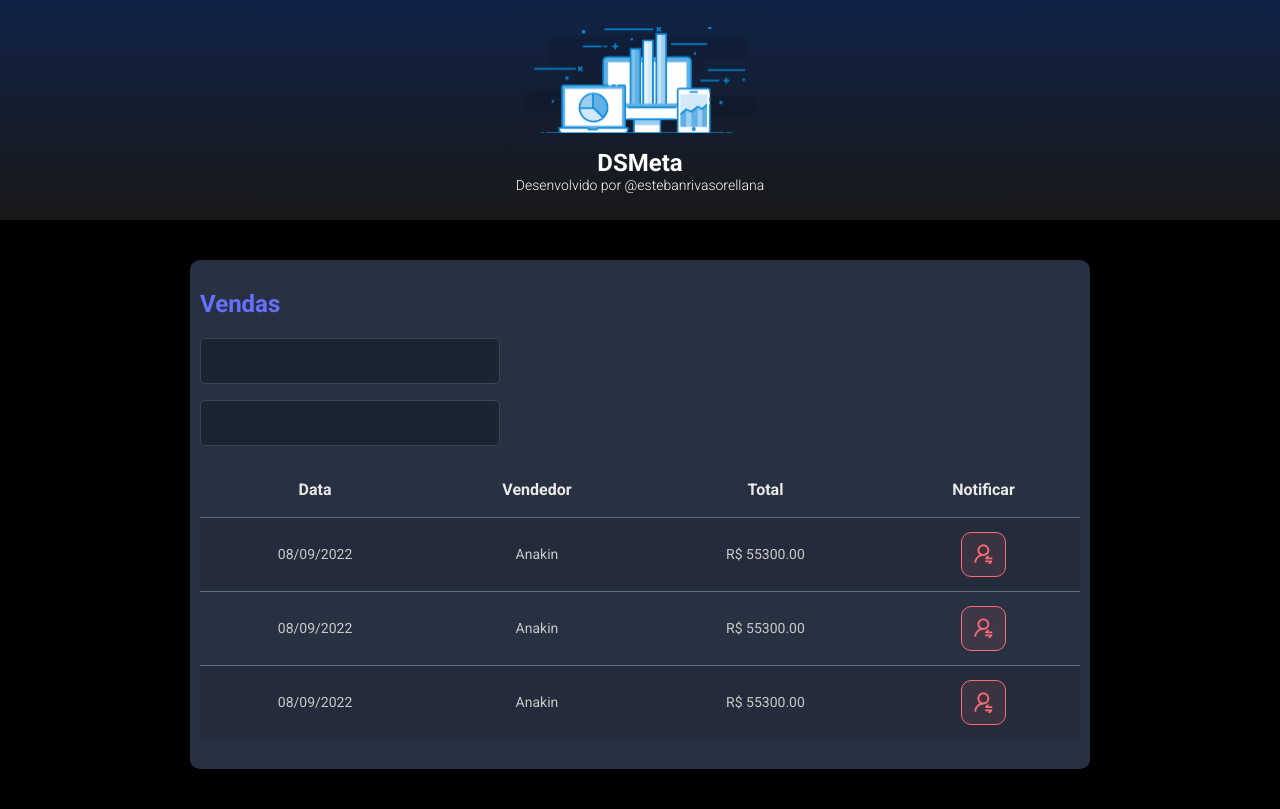
Repository: estebanrivas/dsmeta-css
Page: index.html
The author's editor kept a copy of each file at every save. The page is drawn from the files as they stood at one save, then again after a run of saves.
The browser window is 1280 px wide. The pictures show the whole page.

Above is the page before, as saved 2022-09-08 22:21:28.

### index.html
<!DOCTYPE html>
<html lang="en">

<head>
    <meta charset="UTF-8">
    <meta http-equiv="X-UA-Compatible" content="IE=edge">
    <meta name="viewport" content="width=device-width, initial-scale=1.0">
    <title>DSMeta</title>

    <link rel="stylesheet" href="css/styles.css">
</head>

<body>
    <header>
        <div class="dsmeta-logo-container">
            <img src="images/logo.svg" alt="DSMeta">
            <h1>DSMeta</h1>
            <p>Desenvolvido por
                <a href="https://www.instagram.com/estebanrivasorellana/">@estebanrivasorellana</a>
            </p>
        </div>
    </header>

    <main>
        <section id="sales">
            <div class="dsmeta-container">
                <div class="dsmeta-card">
                    <h2 class="dsmeta-sales-title">Vendas</h2>

                    <div>
                        <div class="dsmeta-form-control-container">
                            <input class="dsmeta-form-control" type="text">
                        </div>
                        <div class="dsmeta-form-control-container">
                            <input class="dsmeta-form-control" type="text">
                        </div>
                    </div>

                    <div>
                        <table class="dsmeta-sales-table">
                            <thead>
                                <tr>
                                    <th class="show576">Data</th>
                                    <th>Vendedor</th>
                                    <th>Total</th>
                                    <th>Notificar</th>
                                </tr>
                            </thead>
                            <tbody>
                                <tr>
                                    <td class="show576">08/09/2022</td>
                                    <td>Anakin</td>
                                    <td>R$ 55300.00</td>
                                    <td>
                                        <div class="dsmeta-red-btn-container">
                                            <div class="dsmeta-red-btn">
                                                <img src="images/notification-icon.svg" alt="Notificar">
                                            </div>
                                        </div>
                                    </td>
                                </tr>
                                <tr>
                                    <td class="show576">08/09/2022</td>
                                    <td>Anakin</td>
                                    <td>R$ 55300.00</td>
                                    <td>
                                        <div class="dsmeta-red-btn-container">
                                            <div class="dsmeta-red-btn">
                                                <img src="images/notification-icon.svg" alt="Notificar">
                                            </div>
                                        </div>
                                    </td>
                                </tr>
                                <tr>
                                    <td class="show576">08/09/2022</td>
                                    <td>Anakin</td>
                                    <td>R$ 55300.00</td>
                                    <td>
                                        <div class="dsmeta-red-btn-container">
                                            <div class="dsmeta-red-btn">
                                                <img src="images/notification-icon.svg" alt="Notificar">
                                            </div>
                                        </div>
                                    </td>
                                </tr>
                            </tbody>
                        </table>
                    </div>
                </div>
            </div>
        </section>
    </main>


</body>

</html>

### css/styles.css
@import url("https://fonts.googleapis.com/css2?family=Roboto:wght@300;400;700&display=swap");

* {
  font-family: "Roboto", sans-serif;
  box-sizing: border-box;
  margin: 0;
  padding: 0;
}

body,
html {
  background-color: #000;
  color: #fff;
}

a,
a:hover,
a:visited {
  color: unset;
  text-decoration: none;
}

header {
  height: 220px;
  background: linear-gradient(180deg, #102347 0%, #181818 100%);
  display: flex;
  align-items: center;
  justify-content: center;
}

.dsmeta-logo-container {
  display: flex;
  flex-direction: column;
  align-items: center;
}

.dsmeta-logo-container img {
  width: 235px;
}

.dsmeta-logo-container h1 {
  padding-top: 15px;
  font-size: 24px;
}

.dsmeta-logo-container p {
  font-size: 14px;
  font-weight: 300;
}

#sales {
  padding: 40px 10px;
}

.dsmeta-container {
  width: 100%;
  max-width: 900px;
  margin: 0 auto;
}

.dsmeta-card {
  background-color: #283142;
  border-radius: 10px;
  padding: 30px 10px;
}

.dsmeta-form-control-container {
  margin-bottom: 16px;
  max-width: 300px;
}

.dsmeta-form-control {
  width: 100%;
  height: 46px;
  background-color: #1b2531;
  border: 1px solid #384459;
  border-radius: 5px;
  color: #9aaabe;
  padding: 0 20px;
  font-size: 18px;
  font-weight: 400;
}

.dsmeta-sales-title {
  color: #676fff;
  font-size: 24px;
  margin-bottom: 20px;
}

.dsmeta-sales-table {
  width: 100%;
  border-spacing: 0;
  border-collapse: collapse;
}

.dsmeta-sales-table thead {
  height: 55px;
  font-size: 16px;
  color: #e9e9e9;
  font-weight: 700;
}

.dsmeta-sales-table tbody {
  font-size: 14px;
  font-weight: 400;
  color: #c9c9c9;
  text-align: center;
}

.dsmeta-sales-table tbody tr {
  height: 74px;
  border-top: 1px solid #5f6e82;
}

.dsmeta-sales-table tbody tr:hover > td {
  background-color: #384459;
}

.dsmeta-sales-table tbody tr:nth-child(odd) {
  background-color: #242c3b;
}

.dsmeta-red-btn-container{
    display: flex;
    justify-content: center;
}

.dsmeta-red-btn {
  height: 45px;
  width: 45px;
  display: flex;
  align-items: center;
  justify-content: center;
  background: rgba(255, 107, 114, 0.1);
  border: 1px solid #ff6b72;
  border-radius: 10px;
  cursor: pointer;
}

.dsmeta-red-btn img{
    width: 19px;
}

.show576{
    disp
}

After the next 2 saves:
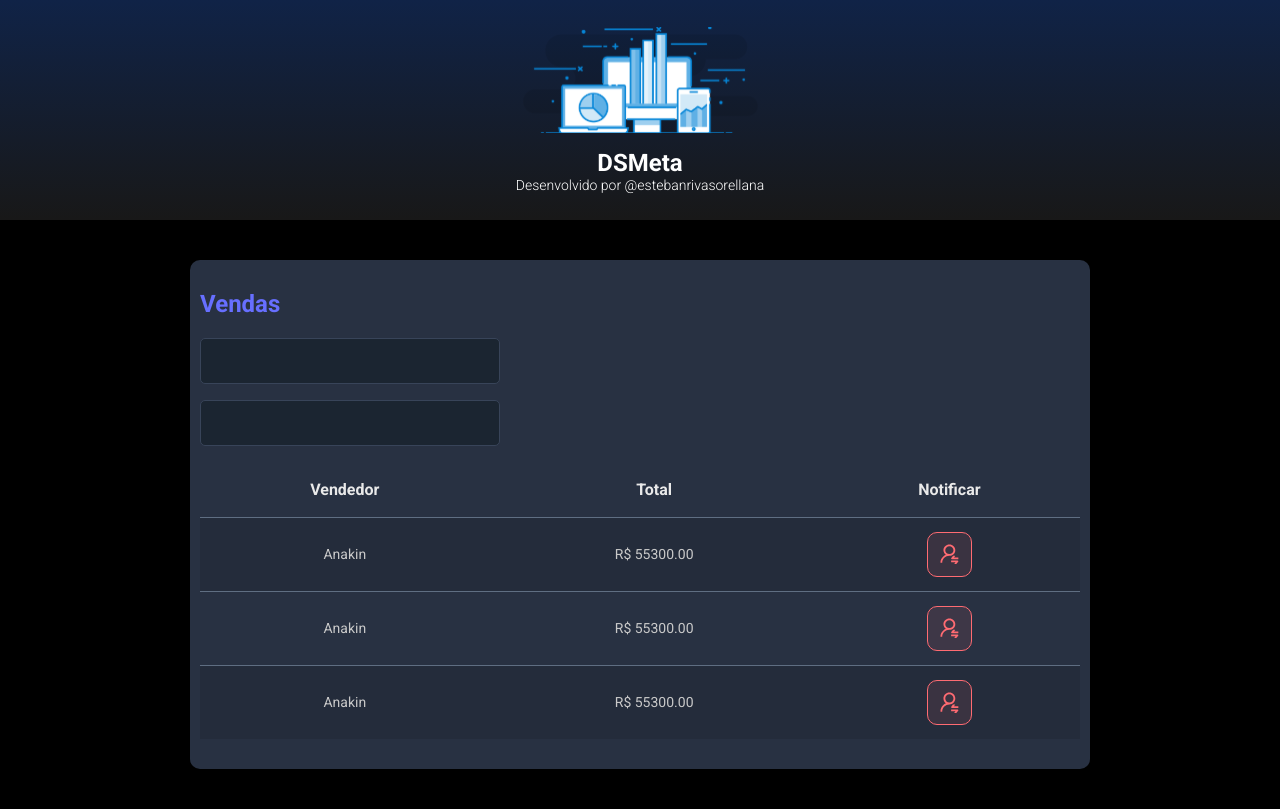
The 2 saves are shown as one change because they came seconds apart.
The last was saved 6 s later.
--- a/css/styles.css
+++ b/css/styles.css
@@ -142,5 +142,5 @@ header {
 }
 
 .show576{
-    disp
+    display: none;
 }
